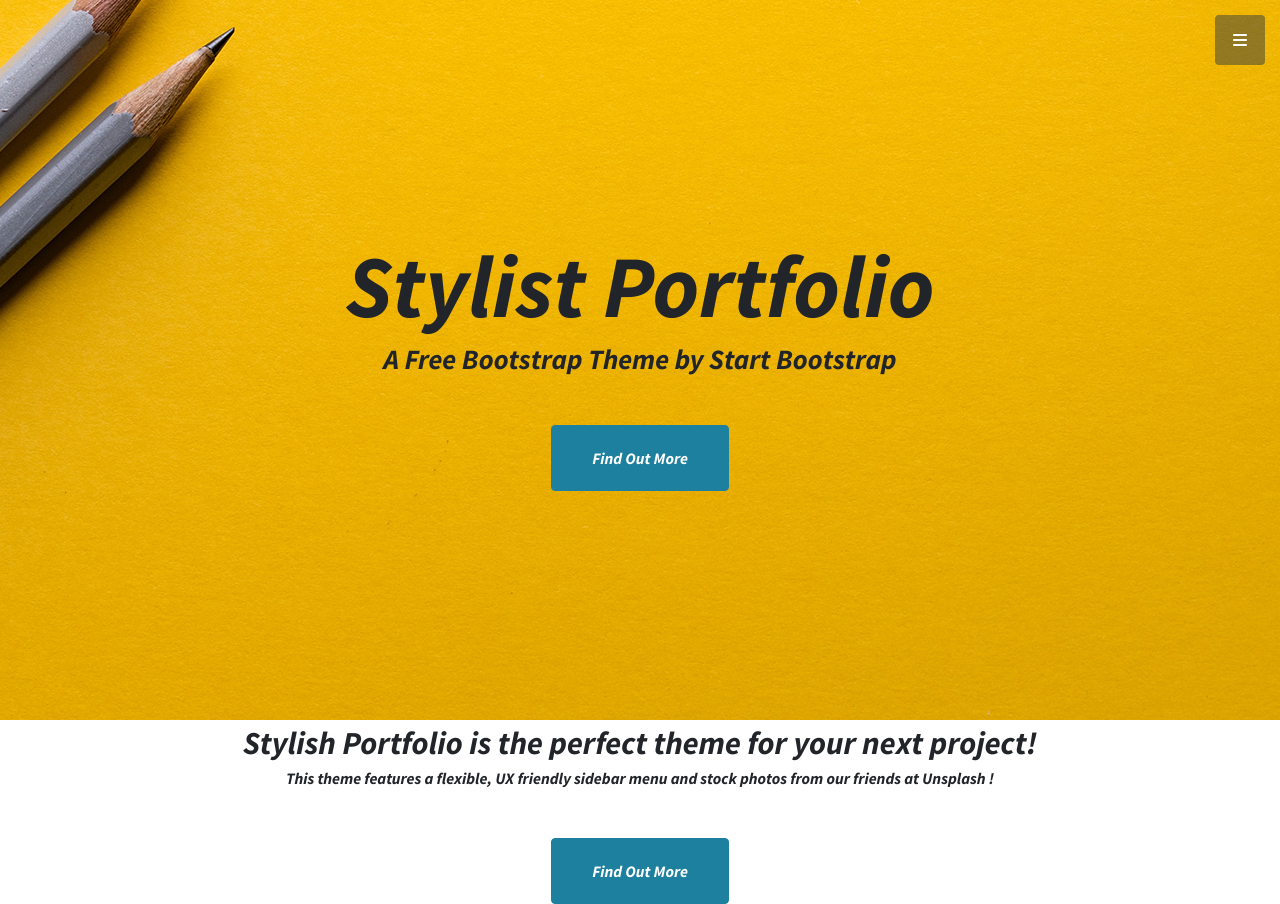
Repository: hoangpino/VE_FE_FrameWork_005
Page: lab06/index.html
The author's editor kept a copy of each file at every save. The page is drawn from the files as they stood at one save, then again after the next save.
The browser window is 1280 px wide. The pictures show the whole page.

Above is the page before, as saved 2021-10-02 20:09:41.

### lab06/index.html
<!DOCTYPE html>
<html lang="en">

<head>
    <meta charset="UTF-8">
    <meta http-equiv="X-UA-Compatible" content="IE=edge">
    <meta name="viewport" content="width=device-width, initial-scale=1.0">
    <title>Portfolio</title>
    <link rel="stylesheet" href="./css/style.css" type="text/css" />
    <link rel="icon" href="./img/schools.png" />
    <link href="https://cdn.jsdelivr.net/npm/bootstrap@5.1.1/dist/css/bootstrap.min.css"
        rel="stylesheet"
        integrity="sha384-F3w7mX95PdgyTmZZMECAngseQB83DfGTowi0iMjiWaeVhAn4FJkqJByhZMI3AhiU"
        crossorigin="anonymous" />
    <link rel="stylesheet"
        href="https://cdnjs.cloudflare.com/ajax/libs/font-awesome/6.0.0-beta2/css/all.min.css" />
    <link rel="preconnect" href="https://fonts.googleapis.com">
    <link rel="preconnect" href="https://fonts.gstatic.com" crossorigin>
    <link
        href="https://fonts.googleapis.com/css2?family=Source+Sans+Pro:ital,wght@1,700&display=swap"
        rel="stylesheet" />
</head>

<body>
    <a href="" class="menu-toggle rounded" hef="#" data-bs-toggle="offcanvas"
        data-bs-target="#offcanvas-right" aria-controls="offcanvas-right">
        <i class="fas fa-bars"></i>
    </a>
    <div class="offcanvas offcanvas-end" tabindex="-1" aria-labelledby="offcanvas-right-lable"
        id="offcanvas-right">
        <div class="offcanvas-header">
            <h5 id="offcanvas-right-label">Start Bootstrap</h5>
            <button type="button" class="btn-close btn-close-white text-reset"
                data-bs-dismiss="offcanvas" aria-label="Close"></button>
        </div>
        <div class="offcanvas-body">
            <ul class="sidebar-nav">
                <li class="sidebar-nav-item"><a href="#home">Home</a></li>
                <li class="sidebar-nav-item"><a href="#">About</a></li>
                <li class="sidebar-nav-item"><a href="#">Services</a></li>
                <li class="sidebar-nav-item"><a href="#">Portfolio</a></li>
                <li class="sidebar-nav-item"><a href="#">Contacts</a></li>
            </ul>
        </div>
    </div>

    <!-- Header -->
    <header class="d-flex align-items-center" id="home">
        <div class="container text-center">
            <h1 class="m-1">Stylist Portfolio</h1>
            <h3 class="mb-5">A Free Bootstrap Theme by Start Bootstrap </h3>
            <a href="" class="btn btn-primary btn-xl">Find Out More</a>
        </div>
    </header>

    <!-- About -->
    <section class="d-flex align-items-center" id="home">
        <div class="container text-center">
            <h2 class="m-1">Stylish Portfolio is the perfect theme for your next project!</h2>
            <p class="mb-5">This theme features a flexible, UX friendly sidebar menu and stock
                photos from our friends at Unsplash !</p>
            <a href="" class="btn btn-primary btn-xl">Find Out More</a>
        </div>
    </section>
    <script src="https://cdn.jsdelivr.net/npm/bootstrap@5.1.1/dist/js/bootstrap.bundle.min.js"
        integrity="sha384-/bQdsTh/da6pkI1MST/rWKFNjaCP5gBSY4sEBT38Q/9RBh9AH40zEOg7Hlq2THRZ"
        crossorigin="anonymous"></script>
</body>

</html>

### lab06/css/style.css
:root {
    --color-green: #1d809f;
    --color-green-dark:rgb(15, 64, 78);
    --color-dark:#343a40;
}

body {
    font-family: 'Source Sans Pro', sans-serif !important;
}

* {
    margin: 0;
    padding: 0;
}
.menu-toggle {
    position: fixed;
    width: 50px;
    height: 50px;
    color: #fff;
    background-color: rgba(52,58,64,0.5);
    text-align: center;
    line-height: 50px;
    right: 15px;
    top: 15px;
}

.menu-toggle:hover {
    background-color: var(--color-dark);
    color: #FFF;
}

.offcanvas {
    background-color: var(--color-green) !important;
    color: #fff;
    width: 250px;

}

.offcanvas ul {
    list-style: none;
    margin : 0;
    padding: 0;
}

.offcanvas a {
    color: #fff;
    display: block;
    padding: 15px;
    text-decoration: none;

}

.offcanvas a:hover {
    background-color: rgba(52, 58, 64, 0.2);
    color: #fff;
}

.offcanvas-body {
    padding: 0 !important;
    margin: 0;

}

.offcanvas-header {
    background-color: rgba(52, 58, 64, 0.1);
}

header {
    background: url(../img/img/bg-masthead.jpg);
    background-repeat: none;
    background-position: center center;
    min-height: 100vh;
}

header h1 {
    font-weight: 700 !important;
    font-size: 5.5rem !important;
}

h3 {
    font-weight: 700 !important;
    font-style: 1.75rem !important;
    font-style: italic;
}

.btn-primary {
    background-color: var(--color-green) !important;
    border-color: var(--color-green) !important;
}

.btn-primary:active, .btn-primary:hover {
    background-color: var(--color-green-dark) !important;
    border-color: var(--color-green-dark) !important;
}

.btn-xl {
    padding: 1.25em 2.5em !important;
}

After the next save:
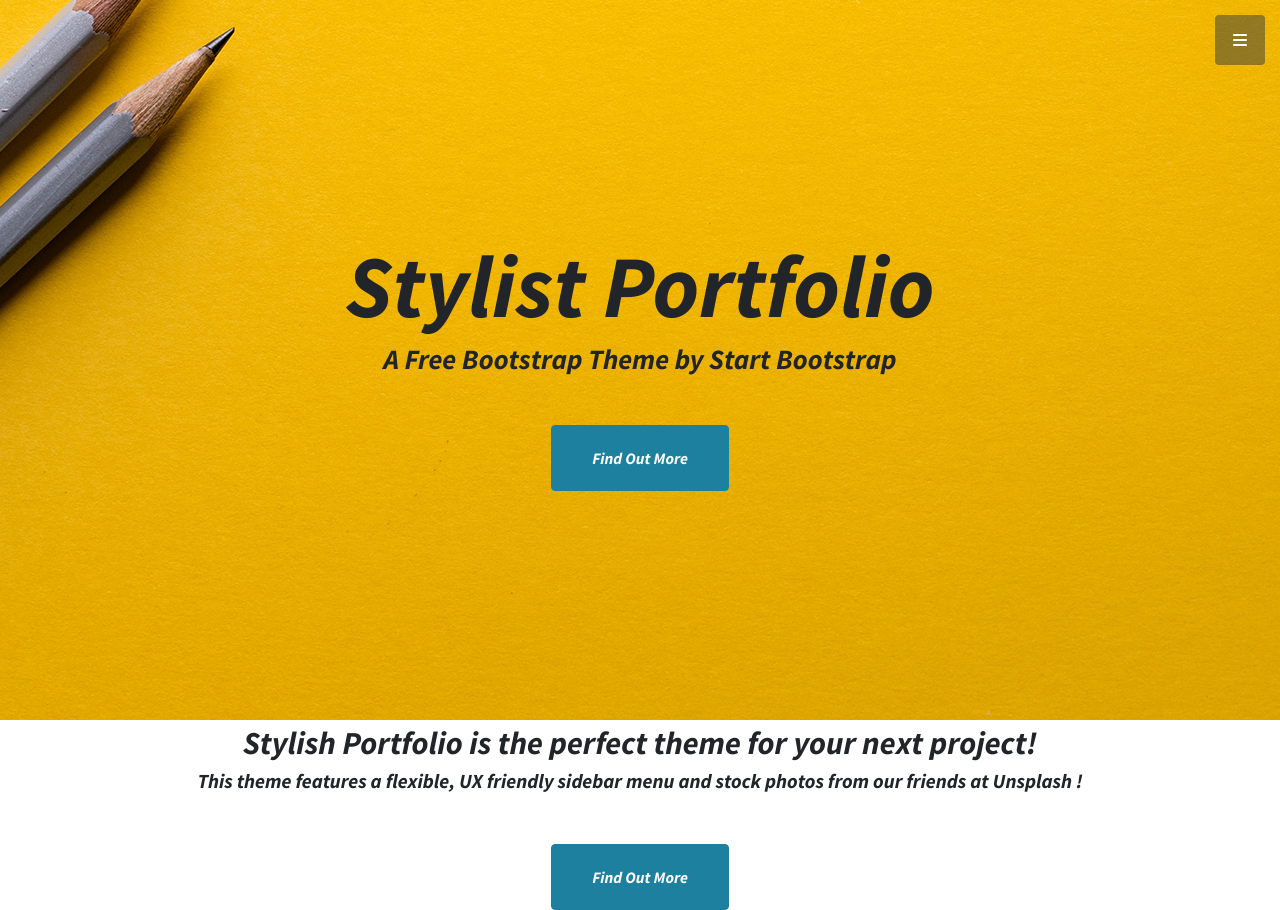
Saved 117 s later.
--- a/lab06/css/style.css
+++ b/lab06/css/style.css
@@ -72,15 +72,25 @@
     min-height: 100vh;
 }
 
-header h1 {
+h1 {
     font-weight: 700 !important;
     font-size: 5.5rem !important;
+}
+
+h2 {
+    font-weight: 700 !important;
+    font-style: 2.0rem !important;
 }
 
 h3 {
     font-weight: 700 !important;
     font-style: 1.75rem !important;
     font-style: italic;
+}
+
+p {
+    font-weight: 300 !important;
+    font-size: 1.25em;
 }
 
 .btn-primary {
